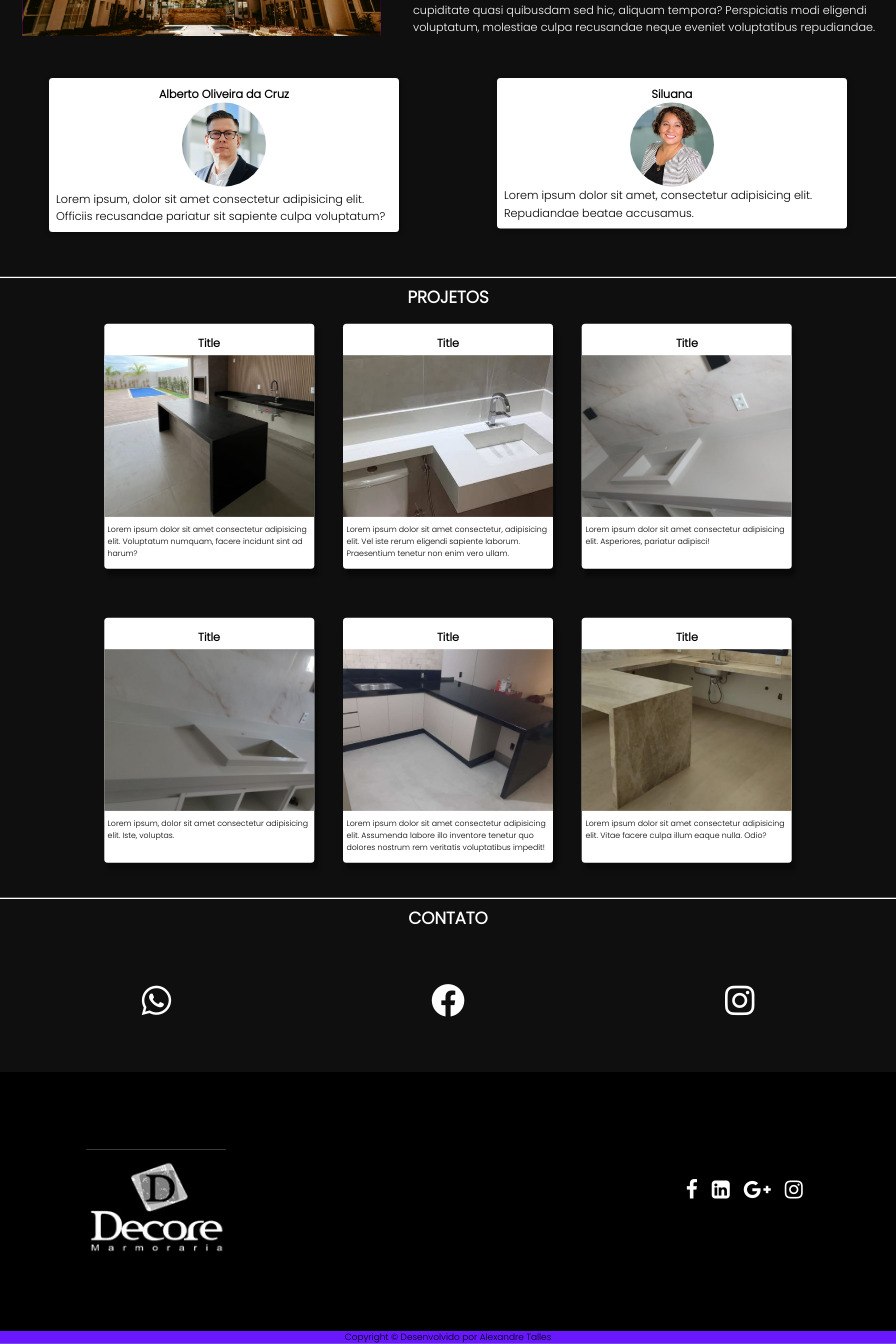
Repository: XFERRER7/projeto-xt7
Page: projetoMarmoraria/index.html
An editor plug-in stored every save of this project. The page is shown before and after the next save, followed by the edit.
The browser window is 1280 px wide. The pictures show the part of the page from y = 1068 to 2988 px (the page is 2988 px tall), at 70% of full size.
Some web libraries are served in a nearby version.

Above is the page before, as saved 2022-05-09 18:47:17.

After the next save:
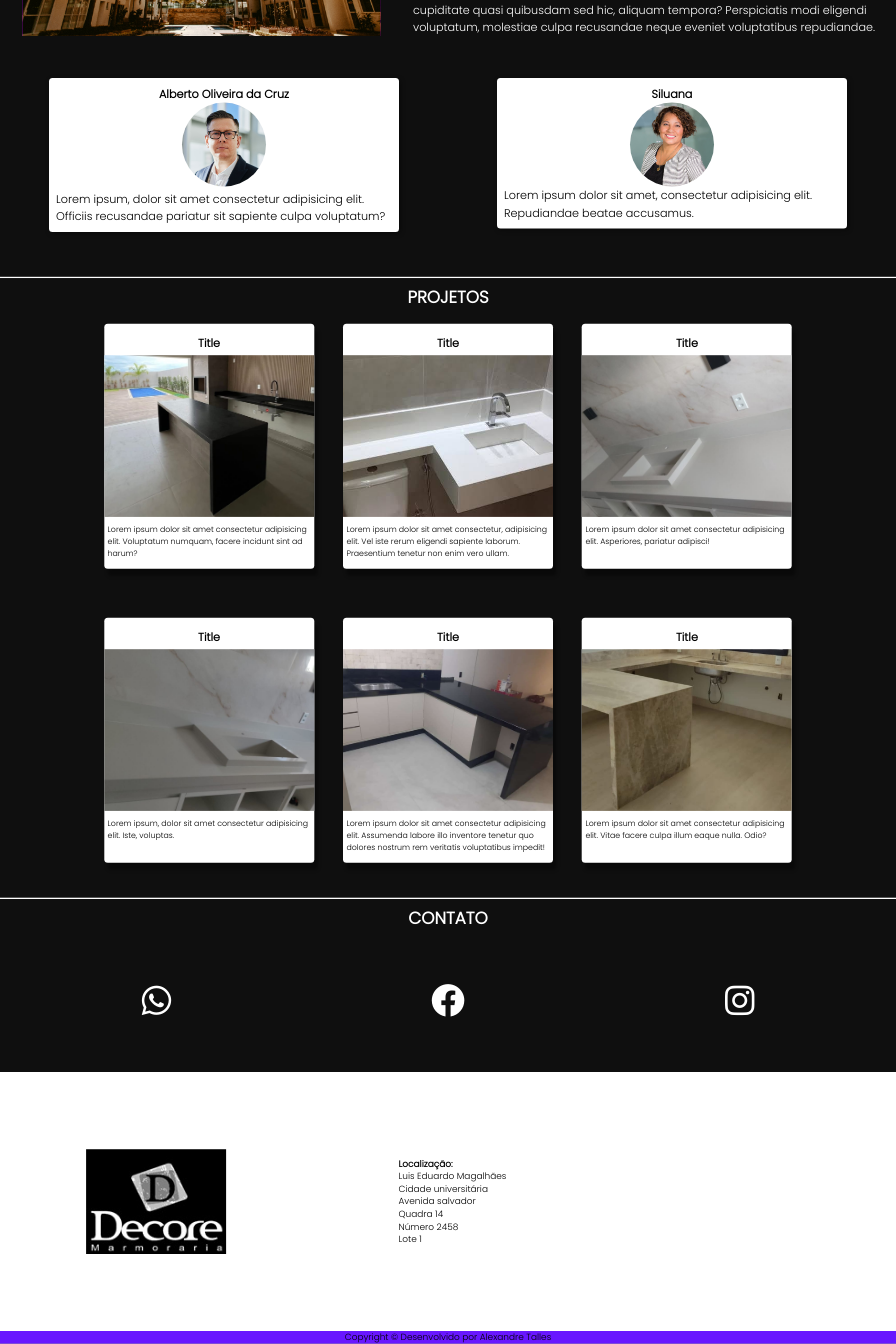
Saved 9 s later.
--- a/projetoMarmoraria/css/style.css
+++ b/projetoMarmoraria/css/style.css
@@ -497,7 +497,8 @@ footer {
 }
 
 .footer-up {
-  background-color: #000000;
+  background-color: #ffffff;
+  color: #000000;
   height: 98%;
   width: 100%;
   display: flex;
